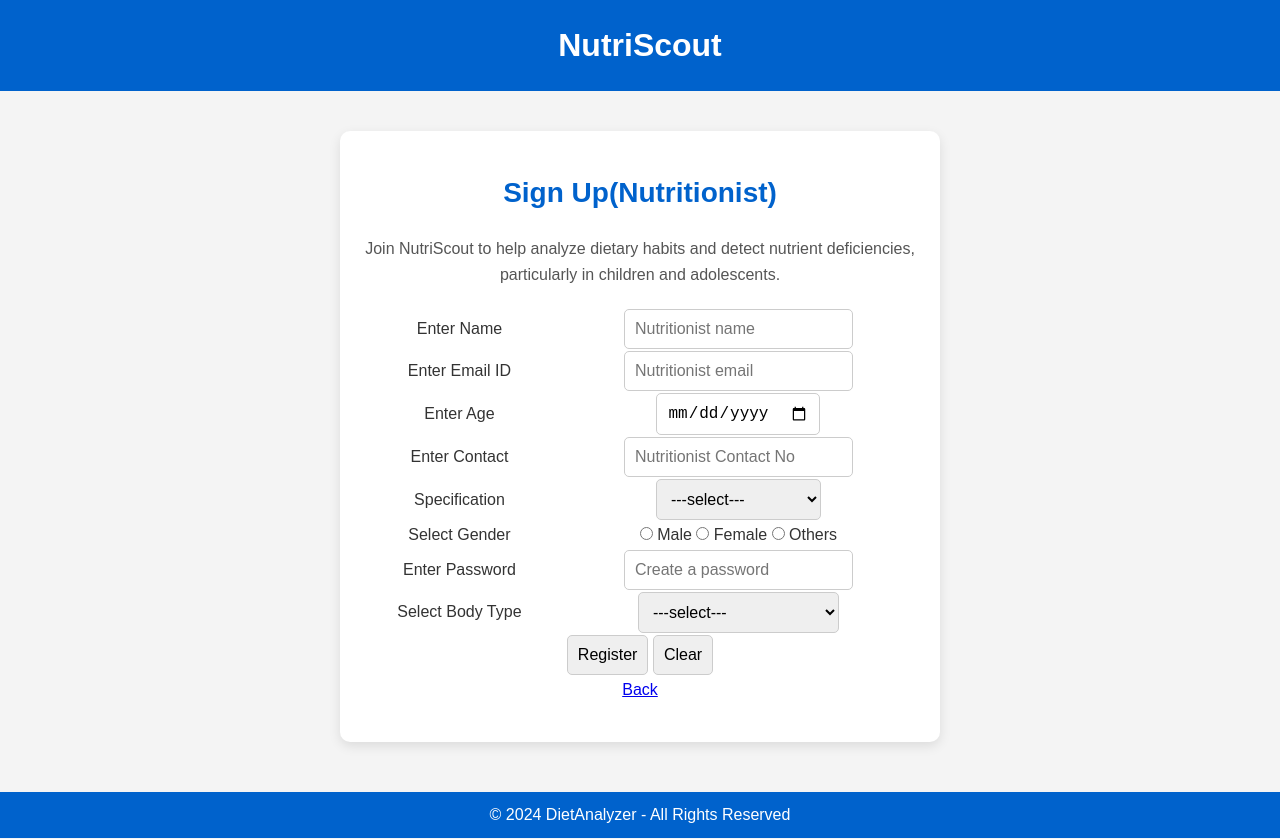
Repository: chaitanyasivathmika/NutrientDiet
Page: http://localhost/NutrientDiet/nusignup.jsp
These files come from the project's save history. The page is drawn as it stood at one moment and after a run of saves; the edit follows.
The browser window is 1280 px wide. The pictures show the whole page.
The page is served by Tomcat 10.

Above is the page before, as saved 2024-11-16 16:28:15.

After the next 2 saves:
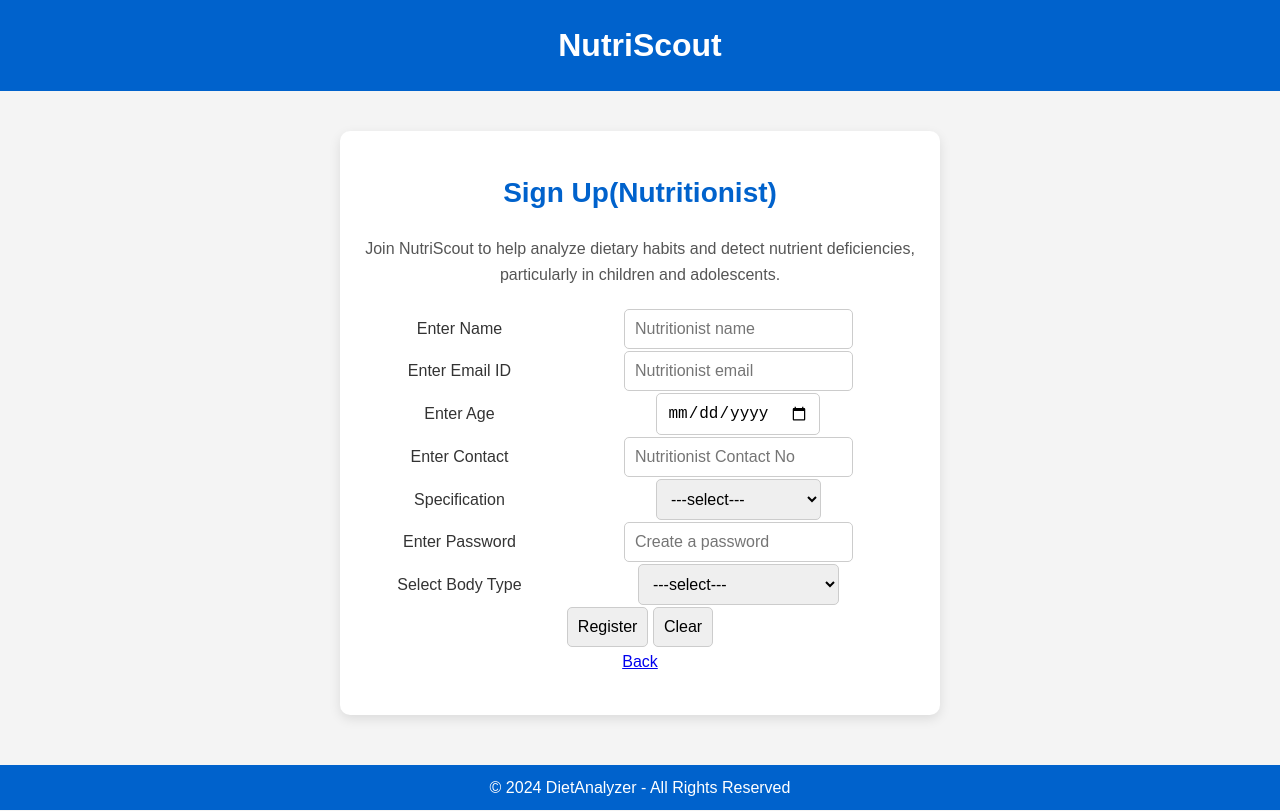
The 2 saves are shown as one change because they came seconds apart.
The last was saved 35 s later.
--- a/NutrientDiet/src/main/webapp/nusignup.jsp
+++ b/NutrientDiet/src/main/webapp/nusignup.jsp
@@ -169,19 +169,8 @@ footer {
                         </select>
                     </td>
                 </tr>
-                <tr>
-                    <td><label>Select Gender</label></td>
-                    <td>
-                        <input type="radio" id="male" name="ugender" value="MALE"  required/>
-                        <label for="male">Male</label>
-                        <input type="radio" id="female" name="ugender" value="FEMALE"   required/>
-                        <label for="female">Female</label>
-                        <input type="radio" id="others" name="ugender" value="OTHERS"   required/>
-                        <label for="others">Others</label>
-                    </td>
-                </tr>
                  <tr>
-                    <td><label for="upassword">Enter Password</label></td>
+                    <td><label for="nex">Enter Password</label></td>
                     <td><input type="password" id="upassword" name="upassword" required placeholder="Create a password"/></td>
                 </tr>
 
